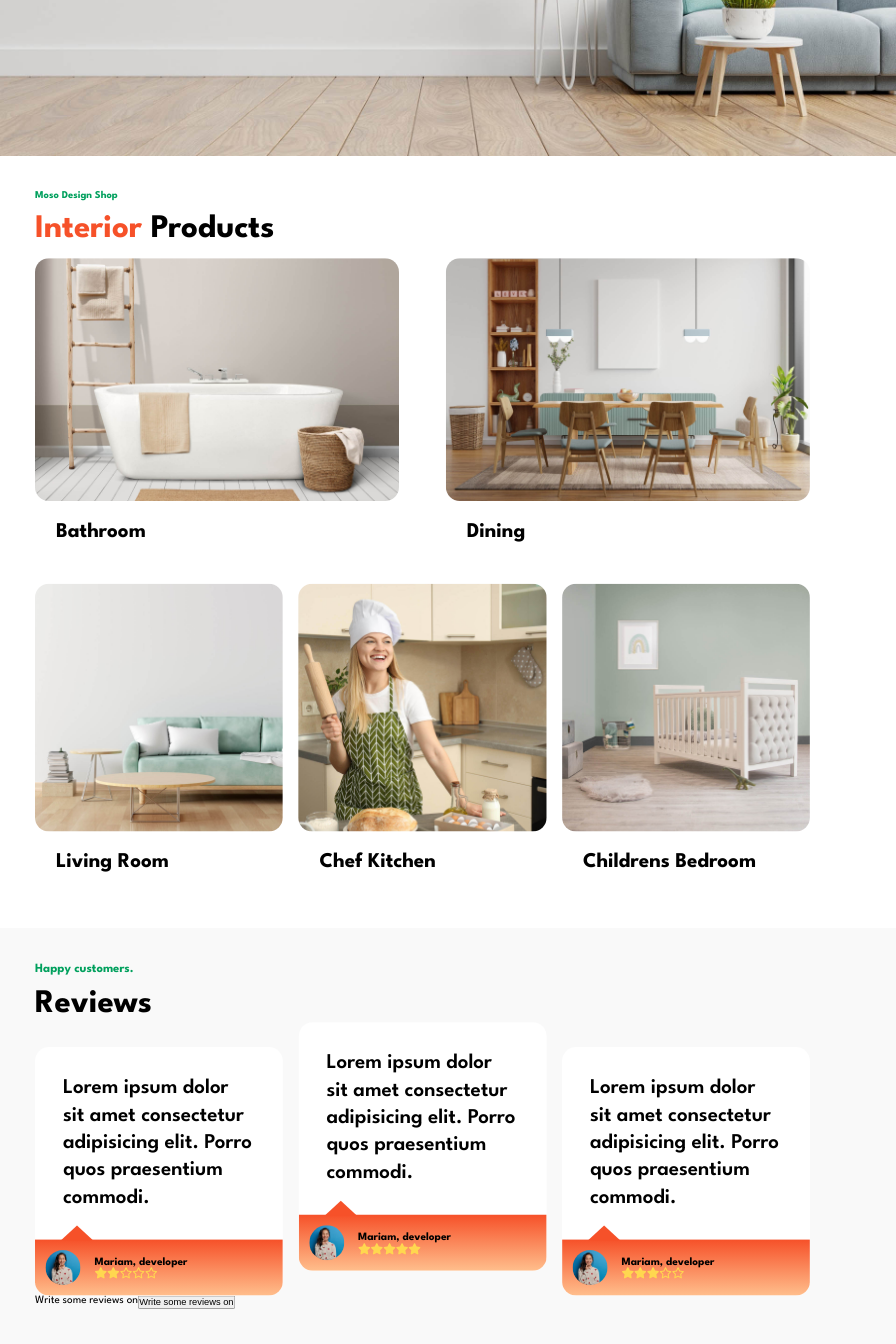
Repository: mariamnabil23/furniture
Page: index.html
An editor plug-in stored every save of this project. The page is shown before and after the next save, followed by the edit.
The browser window is 1280 px wide. The pictures show the part of the page from y = 1797 to 3717 px (the page is 3717 px tall), at 70% of full size.
Some web fonts or font styles are not loaded; a fallback is used.

Above is the page before, as saved 2024-10-31 10:04:21.

After the next save:
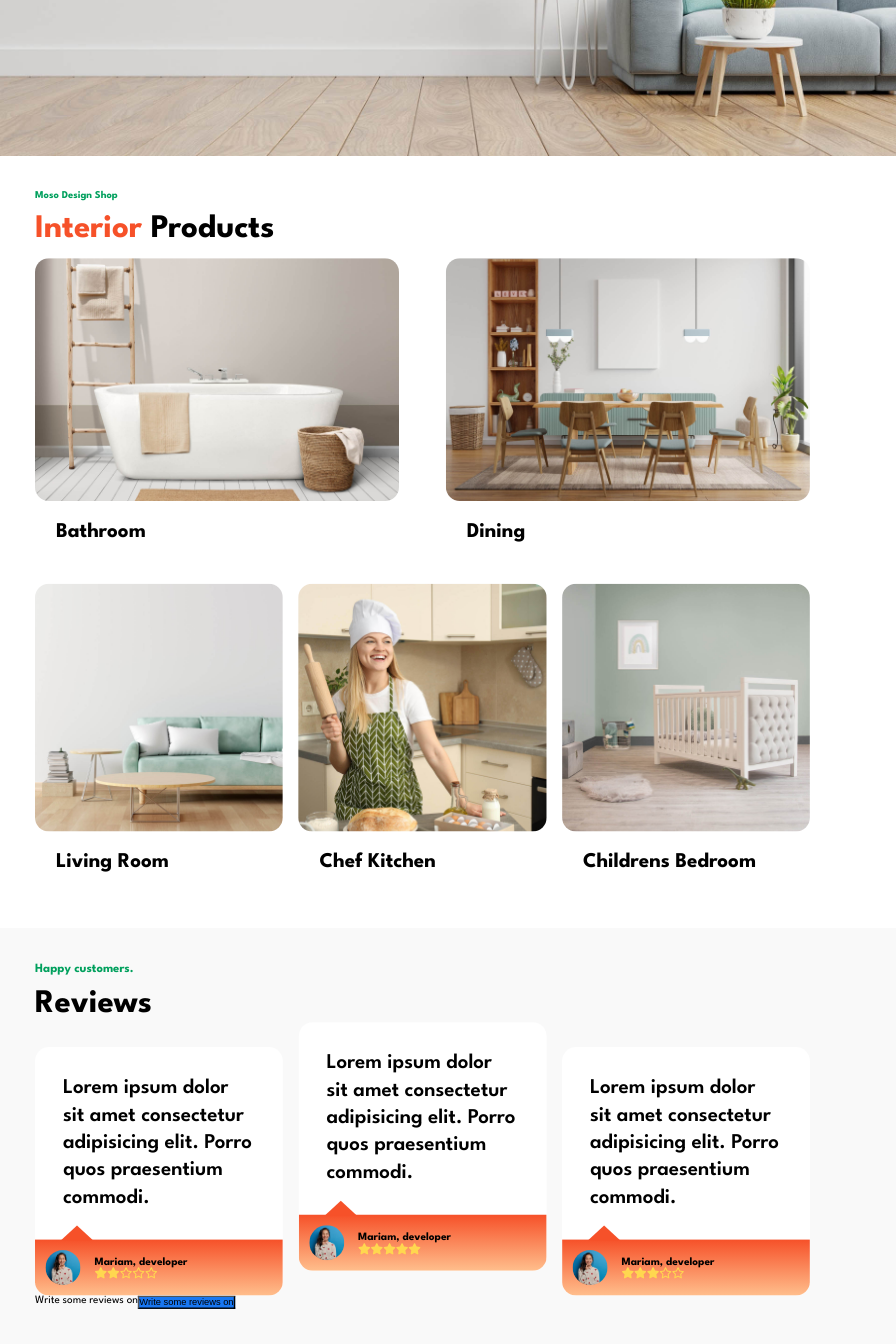
Saved 4 s later.
--- a/style.css
+++ b/style.css
@@ -442,5 +442,5 @@ h2 {
 
 }
 .reviews .bottom .box-btn{
-    ba
-}
+    background-color: #1877f2;
+}
